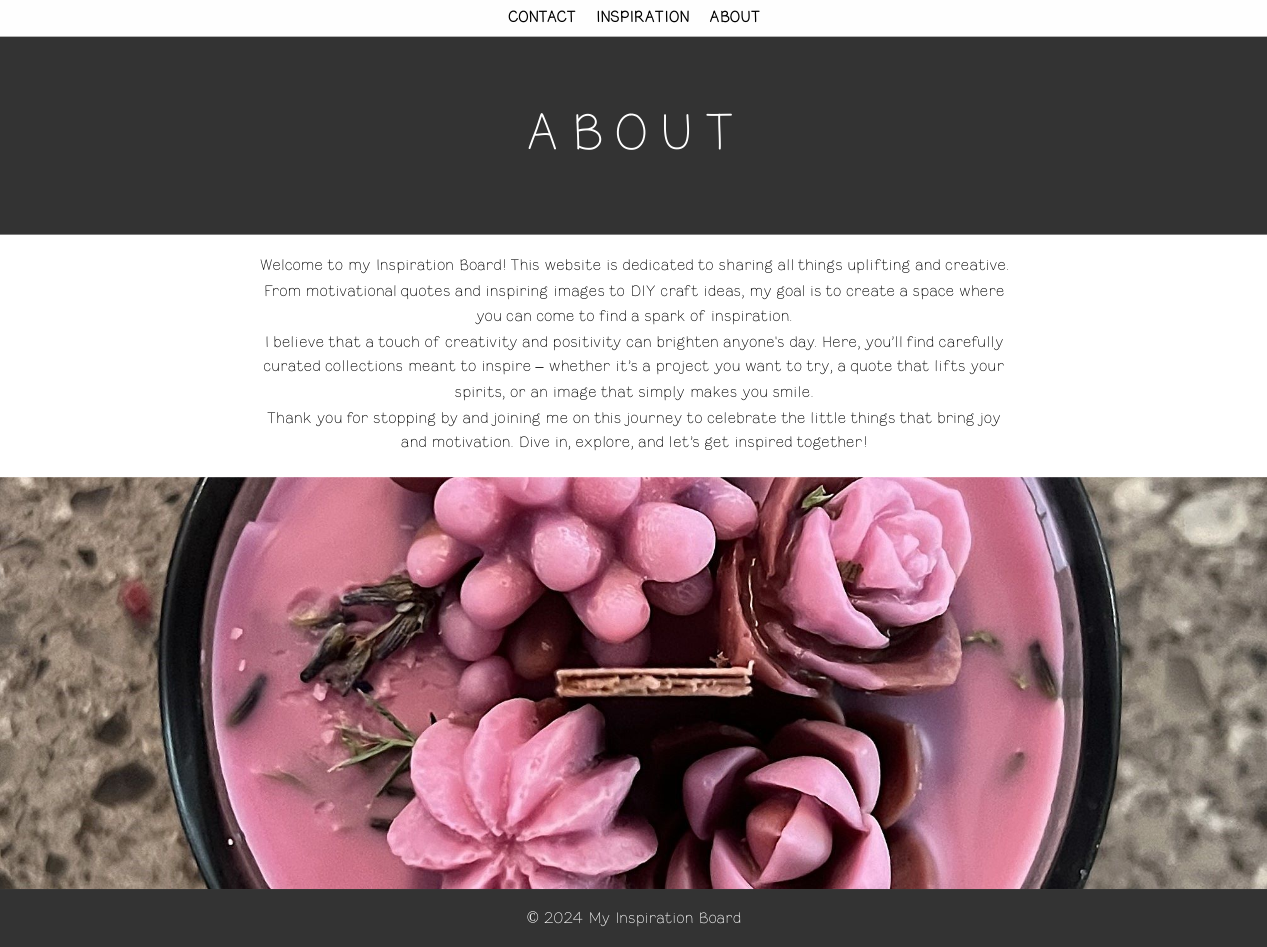
Repository: Brittany-Westlund/MART341-WebDesign
Page: WebDesignHomework/Assignment11/about.html
An editor plug-in stored every save of this project. The page is shown before and after the next save, followed by the edit.
The browser window is 1280 px wide. The pictures show the whole page, at 99% of full size.

Above is the page before, as saved 2024-11-03 20:18:42.

### WebDesignHomework/Assignment11/about.html
<!DOCTYPE html>
<html lang="en">
<head>
    <meta charset="UTF-8">
    <meta name="viewport" content="width=device-width, initial-scale=1.0">
    <title>My Inspiration Board</title>
    <link rel="stylesheet" href="style/style.css">
</head>
<body>

    <!-- Navigation -->
    <nav>
        <ul>
            <li><a href="contact.html">CONTACT</a></li>
            <li><a href="index.html">INSPIRATION</a></li>
            <li><a href="about.html">ABOUT</a></li>
        </ul>
    </nav>


    <div class="banner">ABOUT</div>

    <div class="about-section">
        <p>Welcome to my Inspiration Board! This website is dedicated to sharing all things uplifting and creative. From motivational quotes and inspiring images to DIY craft ideas, my goal is to create a space where you can come to find a spark of inspiration.</p>

        <p>I believe that a touch of creativity and positivity can brighten anyone's day. Here, you’ll find carefully curated collections meant to inspire – whether it’s a project you want to try, a quote that lifts your spirits, or an image that simply makes you smile.</p>

        <p>Thank you for stopping by and joining me on this journey to celebrate the little things that bring joy and motivation. Dive in, explore, and let’s get inspired together!</p>
    </div>

    <!-- Full-width image section -->
    <div>
        <img class="banner-image" src="images/succulent_candle_topview_banner.jpg">
    </div>

    <!--
    Full-width video section if needed
    <div>
        <video class="full-width-video" autoplay muted loop>
            <source src="" type="video/mp4">
            Your browser does not support the video tag.
        </video>
    </div>

     Full-width image section if needed
    <div>
        <img class="banner-image" src="">
    </div>
    -->

    <!-- Footer -->
    <footer>
        &copy; 2024 My Inspiration Board
    </footer>
</body>
</html>

### WebDesignHomework/Assignment11/style/style.css
/* Reset default styles */
* {
    margin: 0;
    padding: 0;
    box-sizing: border-box;
}

@font-face {
    font-family: 'Kitten';
    src: url('fonts/Kitten.ttf') format('truetype');
    font-weight: normal;
    font-style: normal;
}


body {
    font-family: 'Kitten';
}

/* Navigation styling */
nav {
    background-color: #fefefe;
    padding: 10px;
    text-align: center;
}

nav ul {
    list-style-type: none;
    display: flex;
    justify-content: center;
    gap: 20px;
}

nav ul li a {
    color: #000;
    text-decoration: none;
    font-weight: bold;
    transition: color 0.3s ease, transform 0.3s ease; /* Smooth transition for hover effects */
}

/* Hover effect */
nav ul li a:hover {
    color: #a8858e; /* Change color on hover */
    text-decoration: underline; /* Add underline on hover */
}


/* Dark gray banner styling */
.banner {
    height: 200px;
    background-color: #333;
    color: white;
    display: flex;
    align-items: center;
    justify-content: center;
    font-size: 3.3em;
    text-align: center;
    letter-spacing: 0.2em;
}

/* Banner image styling */
.banner-image {
    width: 100%;
    height: auto;
    display: block;
}

/* Two-column block styling */
.two-column-block {
    display: flex;
}

.two-column-block div {
    flex: 1;
    padding: 90px;
    text-align: center;
}

.left-section {
    background-color: #d1c4c9;
}

.right-section {
    background-color: #f8f8f8;
}

.about-section {
    max-width: 800px; /* Limits the width for readability */
    margin: 0 auto; /* Centers the section horizontally */
    padding: 20px; /* Adds space inside the section */
    text-align: center; /* Centers the text */
    line-height: 1.6; /* Improves readability */
}

/* Styling for blockquote and author */
blockquote {
    font-size: 1.5em;
    font-style: italic;
    margin-bottom: 10px;
}

#quote-author {
    font-size: 1em;
    color: #555;
    margin-top: 5px;
}

/* Full-width video styling */
.full-width-video {
    width: 100%;
    height: 300px;
    object-fit: cover;
    display: block;
}

/* Footer styling */
footer {
    background-color: #333;
    color: white;
    text-align: center;
    padding: 20px;
}

After the next save:
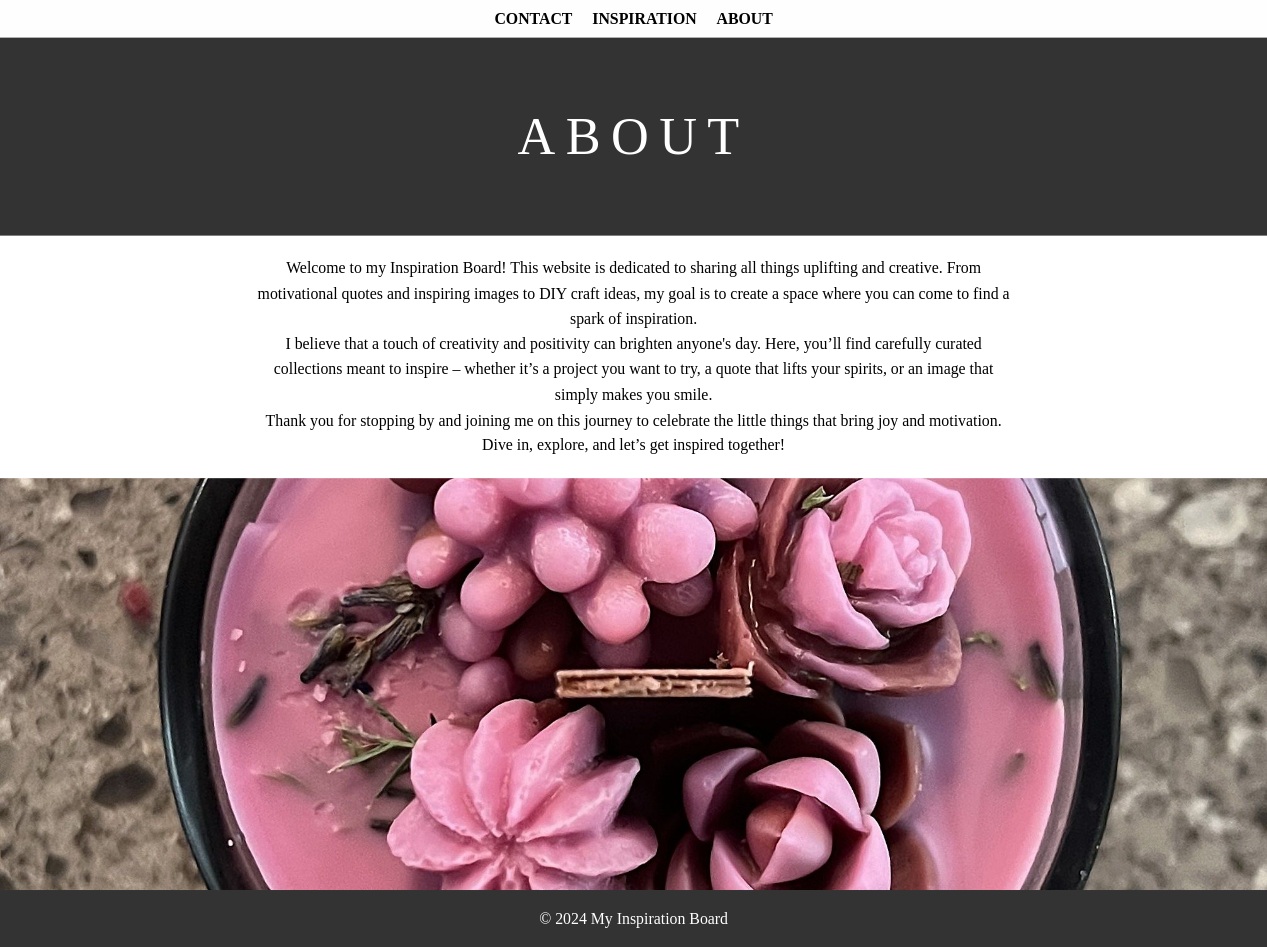
Saved 31 s later.
--- a/WebDesignHomework/Assignment11/style/style.css
+++ b/WebDesignHomework/Assignment11/style/style.css
@@ -14,7 +14,7 @@
 
 
 body {
-    font-family: 'Kitten';
+    font-family: 'Kitten.ttf';
 }
 
 /* Navigation styling */

After the save that followed:
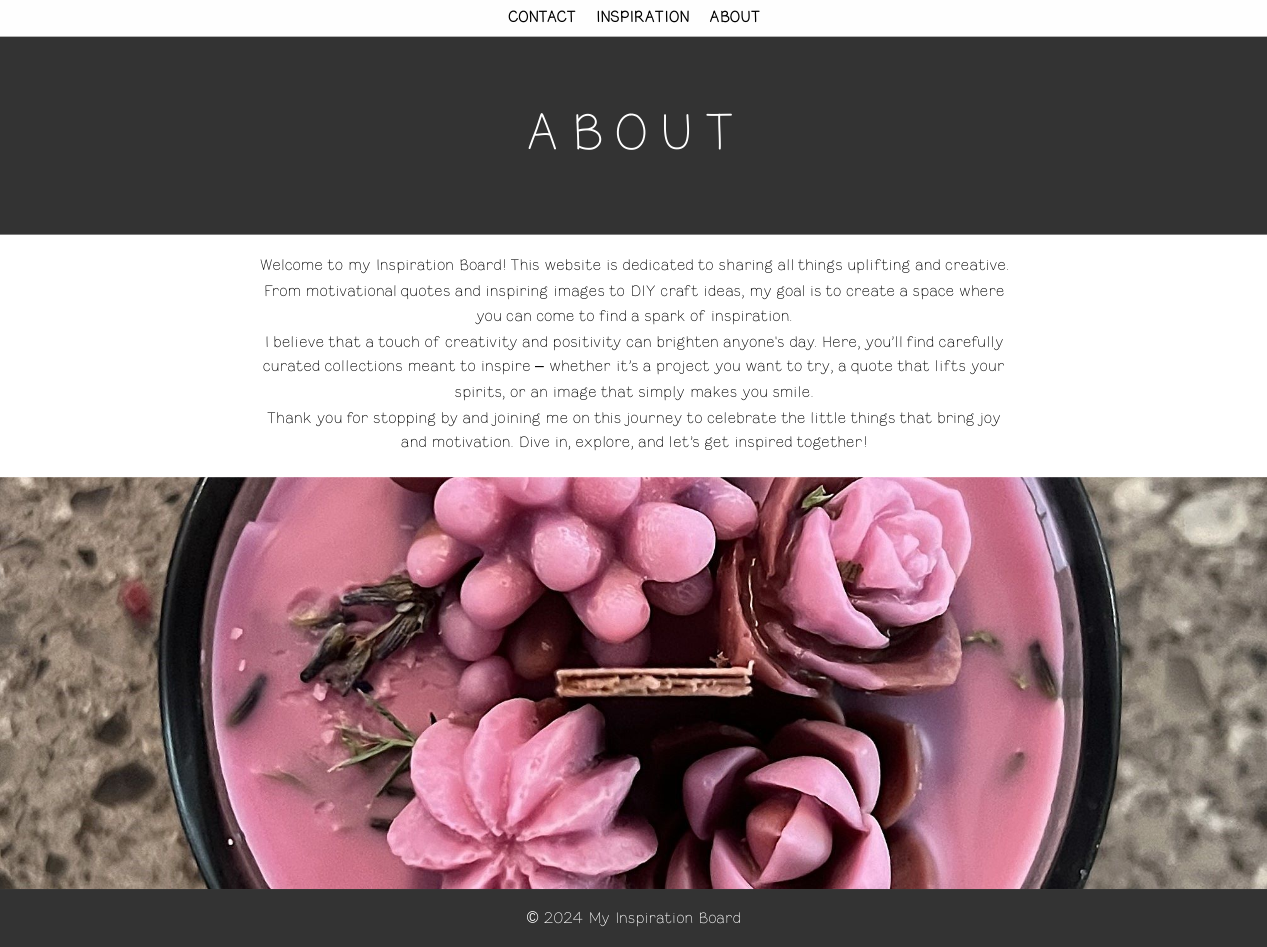
Saved 2 min 20 s later.
--- a/WebDesignHomework/Assignment11/style/style.css
+++ b/WebDesignHomework/Assignment11/style/style.css
@@ -14,7 +14,7 @@
 
 
 body {
-    font-family: 'Kitten.ttf';
+    font-family: 'Kitten', sans-serif; /* Falls back to sans-serif if font fails to load */
 }
 
 /* Navigation styling */
